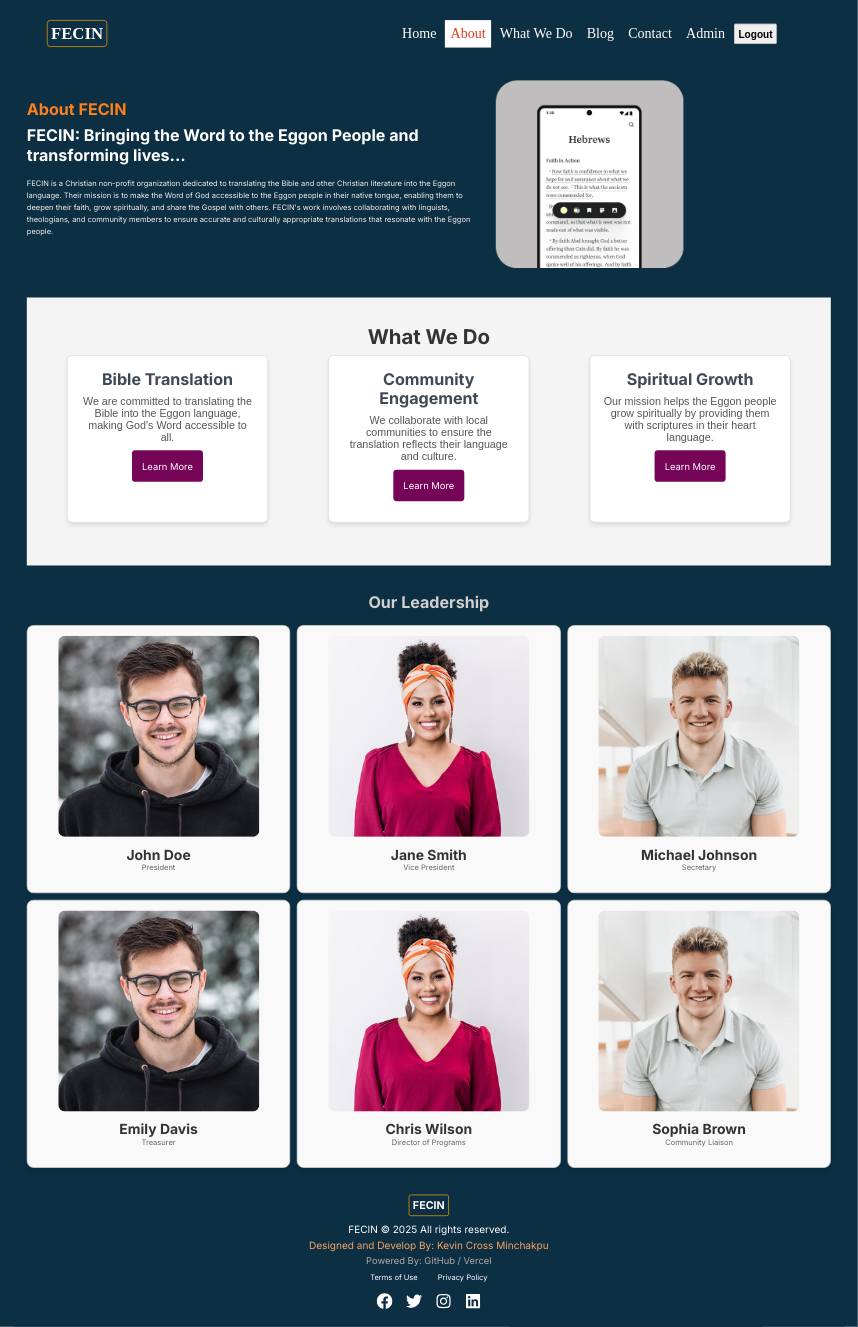
Repository: KCMinchakpu/fecin-projectgs497
Page: /about
An editor plug-in stored every save of this project. The page is shown before and after the next save, followed by the edit.
The browser window is 1280 px wide. The pictures show the whole page, at 67% of full size.
The project was rebuilt for these pictures with package versions that can differ from the ones it lists, and the page was loaded fresh each time. The framework's server and built-in components were replaced by stand-ins that run in the browser. Also part of the build but not shown: next.config.mjs.

Above is the page before, as saved 2025-04-02 18:53:20.

### src/app/layout.js
import {Inter} from "next/font/google";
import "./globals.css";
import Navbar from "@/components/navbar/Navbar";
import Footer from "@/components/footer/Footer";

const inter = Inter({ subsets: ["latin"]});

export const metadata = {
  title: "FECIN Bible Translation Project",
  description: "This is the official FECIN Bible Translation Project",
};

export default function RootLayout({ children }) {
  return (
    <html lang="en">
      <body className={inter.className}>
        <div className="container">
        <Navbar />
        {children}
        <Footer />
        </div>
      </body>
    </html>
  );
}

### src/app/about/page.jsx
import React from 'react';
import Image from 'next/image';
import Link from 'next/link';
import styles from './about.module.css';

const AboutPage = () => {
  return (
    <div className={styles.container}>
      {/* About Section */}
      <div className={styles.aboutSection}>
        <div className={styles.textContainer}>
          <h2 className={styles.subtitle}>About FECIN</h2>
          <h1 className={styles.title}>
            FECIN: Bringing the Word to the Eggon People and transforming lives...
          </h1>
          <p className={styles.desc}>
            FECIN is a Christian non-profit organization dedicated to translating the Bible
            and other Christian literature into the Eggon language. Their mission is to make the
            Word of God accessible to the Eggon people in their native tongue, enabling them to
            deepen their faith, grow spiritually, and share the Gospel with others. FECIN's work
            involves collaborating with linguists, theologians, and community members to ensure
            accurate and culturally appropriate translations that resonate with the Eggon people.
          </p>
        </div>
        <div className={styles.imgContainer}>
          <Image
            src="/bible-app-2.png"
            alt="About Image"
            width={480}
            height={480}
            className={styles.img}
          />
        </div>
      </div>

      {/* Features Section */}
      <div className={styles.featuresContainer}>
        <h2 className={styles.featuresTitle}>What We Do</h2>
        <div className={styles.featuresList}>
          <div className={styles.featureCard}>
            <h3 className={styles.featureTitle}>Bible Translation</h3>
            <p className={styles.featureDesc}>
              We are committed to translating the Bible into the Eggon language, making God's Word accessible to all.
            </p>
            <Link href="/bible-translation" className={styles.learnMoreButton}>Learn More</Link>
          </div>
          <div className={styles.featureCard}>
            <h3 className={styles.featureTitle}>Community Engagement</h3>
            <p className={styles.featureDesc}>
              We collaborate with local communities to ensure the translation reflects their language and culture.
            </p>
            <Link href="/community-engagement" className={styles.learnMoreButton}>Learn More</Link>
          </div>
          <div className={styles.featureCard}>
            <h3 className={styles.featureTitle}>Spiritual Growth</h3>
            <p className={styles.featureDesc}>
              Our mission helps the Eggon people grow spiritually by providing them with scriptures in their heart language.
            </p>
            <Link href="/spiritual-growth" className={styles.learnMoreButton}>Learn More</Link>

          </div>
        </div>
      </div>

      {/* Leadership Section */}
      <div className={styles.leadershipSection}>
        <h2 className={styles.leadershipTitle}>Our Leadership</h2>
        <div className={styles.leadershipGrid}>
          {/* Leader Cards */}
          {[
            { name: 'John Doe', position: 'President', image: '/team-1.jpg' },
            { name: 'Jane Smith', position: 'Vice President', image: '/team-2.jpg' },
            { name: 'Michael Johnson', position: 'Secretary', image: '/team-3.jpg' },
            { name: 'Emily Davis', position: 'Treasurer', image: '/team-1.jpg' },
            { name: 'Chris Wilson', position: 'Director of Programs', image: '/team-2.jpg' },
            { name: 'Sophia Brown', position: 'Community Liaison', image: '/team-3.jpg' },
          ].map((leader, index) => (
            <div key={index} className={styles.leaderCard}>
              <Image src={leader.image} alt={leader.name} width={150} height={150} className={styles.leaderImage} />
              <h3 className={styles.leaderName}>{leader.name}</h3>
              <p className={styles.leaderPosition}>{leader.position}</p>
            </div>
          ))}
        </div>
      </div>
    </div>
  );
};

export default AboutPage;

### src/app/globals.css
:root {
    --bg: #0c2f43;
    --text: white;
    --bgSoft: #091f2c;
    --textSoft: rgb(237, 232, 232);
    --btn: #de3c21;
    --bgWhite: white;
    --textGray: #444444;
}

/* Box sizing rules */
* {
    box-sizing: border-box;
    margin:0;
    padding: 0;
  }

/* Set core body defaults */
body {
    background-color: var(--bgWhite);
    color: var(--text);
  }

a {
    color: inherit;
    text-decoration: none;
}

.container {
  background-color: var(--bg);
  width: 100%; /* Default for small screens */
  margin: auto;
  padding-left: 20px;
  padding-right: 20px;
  min-height: 120vh;
  display: flex;
  flex-direction: column;
  justify-content: space-between;
}

### src/components/navbar/Navbar.jsx
import React from 'react';
import Link from 'next/link';
import Links from "./links/Links";
import styles from "./navbar.module.css";

const Navbar = () => {
  return (
    <div className={styles.container}>
      <Link href="/" className={styles.logo}>FECIN</Link>
      <div>
        <Links />
      </div>
    </div>
  );
};

export default Navbar;

### src/components/footer/Footer.jsx
import React from 'react';
import styles from './footer.module.css';
import { FaFacebook, FaTwitter, FaInstagram, FaLinkedin } from 'react-icons/fa';

const Footer = () => {
  return (
    <div className={styles.container}>
      <div className={styles.logo}>
        {/* You can add a logo image here if needed */}
        <h2>FECIN</h2>
      </div>
      <div>
        <p className={styles.text}>FECIN © 2025 All rights reserved.</p>
        <p className={styles.author}>
          <a href="https://www.linkedin.com/in/kevin-cross-minchakpu-7897379a" target="_blank">Designed and Develop By: Kevin Cross Minchakpu</a>
          </p>
        <p className={styles.company}>
          <a href="https://octatesystems.github.io/OSNigeria/">Powered By: GitHub / Vercel</a>
          </p>
      </div>
      <div className={styles.links}>
        <a href="/terms" className={styles.link}>Terms of Use</a>
        <a href="/privacy" className={styles.link}>Privacy Policy</a>
      </div>
      <div className={styles.socialIcons}>
        <a href="https://facebook.com" target="_blank" rel="noopener noreferrer" className={styles.icon}>
          <FaFacebook />
        </a>
        <a href="https://twitter.com" target="_blank" rel="noopener noreferrer" className={styles.icon}>
          <FaTwitter />
        </a>
        <a href="https://instagram.com" target="_blank" rel="noopener noreferrer" className={styles.icon}>
          <FaInstagram />
        </a>
        <a href="https://linkedin.com" target="_blank" rel="noopener noreferrer" className={styles.icon}>
          <FaLinkedin />
        </a>
      </div>
    </div>
  );
};

export default Footer;

### src/app/about/about.module.css
/* Main Container */
.container {
    display: flex;
    flex-direction: column;
    align-items: center;
    gap: 20px;
    padding: 20px;
  }

  /* About Section */
  .aboutSection {
    display: flex;
    flex-direction: row;
    justify-content: space-between;
    align-items: center;
    gap: 20px;
    width: 100%;
    margin-bottom: 20px;
  }

  /* Text Section */
  .textContainer {
    flex: 1;
    text-align: left;
  }

  /* Text Styles */
  .subtitle {
    font-size: 1.5rem;
    color: #fc801b;
    margin-bottom: 10px;
  }

  .title {
    font-size: 1.5rem;
    font-weight: bold;
    margin-bottom: 20px;
  }

  .desc {
    font-size: .7rem;
    color: #f4f2f2;
    line-height: 1.6;
    margin-bottom: 20px;
  }

  /* Image Section */
  .imgContainer {
    flex: 1;
    position: relative;
    max-width: 500px;
    height: auto;
  }

  .img {
    object-fit: contain;
    width: 280px;
    height: 280px;
    color: #555;
  }

  /* Features Section */
.featuresContainer {
    width: 100%;
    height: 400px; /* Adjust height as needed */
    padding: 40px 20px;
    background-color: #f4f4f4;
    text-align: center;
  }

  .featuresTitle {
    font-size: 1.9rem;
    font-weight: bold;
    color: #333;
    margin-bottom: 10px;
  }

  .featuresList {
    display: grid;
    grid-template-columns: repeat(3, 1fr);
    gap: 10px;
    justify-items: center;
  }

  .featureCard {
    background-color: white;
    border: 1px solid #ddd;
    border-radius: 8px;
    padding: 20px;
    width: 100%;
    height: 250px; /* Adjust height as needed */
    max-width: 300px;
    text-align: center;
    box-shadow: 0 4px 6px rgba(0, 0, 0, 0.1);
  }

  .featureTitle {
    font-size: 1.5rem;
    font-weight: bold;
    color: #3f4955;
    margin-bottom: 10px;
  }

  .featureDesc {
    font-size: 1rem;
    color: #555;
    font-family: Arial, Helvetica, sans-serif;
  }

  .learnMoreButton {
    display: inline-block;
    margin-top: 10px;
    padding: 15px;
    background-color: #760558;
    color: #fff;
    border: none;
    border-radius: 5px;
    text-align: center;
    text-decoration: none;
    font-size: 14px;
    cursor: pointer;
    transition: background-color 0.3s ease;
  }

  .learnMoreButton:hover {
    background-color: #53769b;
  }

  /* Leadership Section */
.leadershipSection {
  width: 100%;
  margin-top: 20px;
  text-align: center;
}

.leadershipTitle {
  font-size: 1.5rem;
  margin-bottom: 20px;
  color: #d3cfcf;
}

.leadershipGrid {
  display: grid;
  grid-template-columns: repeat(3, 1fr);
  gap: 10px;
  justify-items: center;
  align-items: center;
}

.leaderCard {
  width: 100%;
  height: 400px; /* Adjust height as needed */
  background-color: #f9f9f9;
  border: 1px solid #ddd;
  border-radius: 10px;
  padding: 15px;
  text-align: center;
  box-shadow: 0 4px 6px rgba(0, 0, 0, 0.1);
  transition: transform 0.3s, box-shadow 0.3s;
}

.leaderCard:hover {
  transform: translateY(-5px);
  box-shadow: 0 8px 12px rgba(0, 0, 0, 0.15);
}

.leaderImage {
  border-radius: 10px;
  margin-bottom: 10px;
  width: 300px; /* Adjust size as needed */
  height: 300px; /* Adjust size as needed */
}

.leaderName {
  font-size: 1.3rem;
  font-weight: bold;
  color: #333;
}

.leaderPosition {
  font-size: .7rem;
  color: #666;
}

@media (min-width: 480px) {
  .Container {
    flex-direction: column;
  }
}

### src/components/navbar/links/Links.jsx
"use client"

import React from "react";
import {useState} from  "react";
import Image from 'next/image';
import NavLink from "../navLink/NavLink";
import styles from "./links.module.css";


const links = [
  { title: "Home", path: "/" },
  { title: "About", path: "/about" },
  { title: "What We Do", path: "/whatwedo" },
  { title: "Blog", path: "/blog" },
  { title: "Contact", path: "/contact" },
];

const Links = () => {
  const [open,setOpen] = useState(false)

  //Temporary
  const session = true
  const isAdmin = true

  return (
    <div className={styles.container}>
    <div className={styles.links}>
      {links.map((link) => (
        <NavLink item={link} key={link.title} />
      ))}
      {session ? (
          <>
          {isAdmin && <NavLink item={{title: "Admin", path: "/admin"}} />}
         <button className={styles.logout}>Logout</button>
         </>
        ) : (
          <NavLink item={{title: "Login", path: "/login"}} />
        )
      }
      </div>
      <Image
      className={styles.menuButton}
      src="/menu.png"
      alt="Hamburger menu"
      width={30}
      height={30} onClick={() => setOpen((prev) => !prev)}
      />

      {open && ( <div className={styles.mobileLinks}>
          {links.map((link) => (
        <NavLink item={link} key={link.title} />
      ))}
    </div>
)}
</div>
  );
};

export default Links;

### src/components/navbar/navbar.module.css
.container {
    height: 100px;
    display: flex;
    align-items: center;
    justify-content: space-between;
}

.logo {
    font-size: 25px;
    font-weight: bold;
    font-family: "Play", serif;
    font-weight: 700;
    font-style: normal;
    border: 1.5px solid orange;
    padding: 5px;
    border-radius: 5px;
    margin-left: 50px;
}

### src/components/footer/footer.module.css
/* Footer Container */
.container {
    background-color: var(--bg);
    color: white;
    display: flex;
    flex-direction: column;
    align-items: center;
    justify-content: space-between;
    padding: 20px;
    text-align: center;
  }

  .logo h2 {
    font-size: 1rem;
    margin-bottom: 10px;
    border: 1px solid orange;
    padding: 5px;
    border-radius: 3px;
  }

  .text {
    margin-bottom: 5px;
    font-size: 15px;

  }
  .author {
    margin-bottom: 5px;
    font-size: 15px;
    color: rgb(250, 162, 99);
  }

  .company {
    margin-bottom: 5px;
    font-size: 14px;
    color: rgb(174, 172, 170);
  }

  .author:hover {
    text-decoration: underline;
  }

  .company:hover {
    text-decoration: underline;
  }

  .links {
    margin-bottom: 15px;
  }

  .link {
    color: white;
    margin: 0 15px;
    text-decoration: none;
    font-size: 0.7rem;
  }

  .link:hover {
    text-decoration: underline;
  }

  .socialIcons {
    display: flex;
    justify-content: center;
    gap: 20px;
  }

  .icon {
    font-size: 1.5rem;
    color: white;
    transition: color 0.3s ease;
  }

  .icon:hover {
    color: #0070f3;
  }


  @media (min-width: 768px) {
    .container {
      flex-direction: column;
      align-items: center;
      justify-content: space-around;
    }
  }

### src/components/navbar/navLink/navLink.jsx
"use client";

import React from "react";
import Link from "next/link";
import { usePathname } from "next/navigation";
import styles from "./navLink.module.css";

const NavLink = ({ item }) => {
  const pathName = usePathname();
  return (
    <Link
      href={item.path}
      className={`${styles.container} ${
        pathName === item.path ? styles.active : ""
      }`}
    >
      {item.title}
    </Link>
  );
};

export default NavLink;

### src/components/navbar/links/links.module.css
.links {
    display: flex;
    align-items: center;
    gap: 5px;
    font-family: "Play", serif;
    font-style: normal;
    margin-right: 100px;
    font-size: 21px;
}

.logout {
    padding: 5px;
    cursor: pointer;
    font-weight: bold;
    font-size: 15px;
}

.menuButton,
.mobileLinks {
   display: none;
  }

  @media (max-width: 480px){
    .links {
        display: none;
    }

    .menuButton {
        display: block;
        cursor: pointer;
      }

    .mobileLinks {
        position: absolute;
        top: 100px;
        right: 0;
        width: 50%;
        height: calc(100vh-100px);
        /*background-color: var(--bg);*/
       background-color: brown;
        display: flex;
        flex-direction: column;
        align-items: center;
        justify-content: center;
        gap: 10px;
      }
  }

### src/components/navbar/navLink/navLink.module.css
.container {
    padding: 8px;
    text-align: center;


}

.active {
    background-color: var(--text);
    color: var(--btn);
}

After the next save:
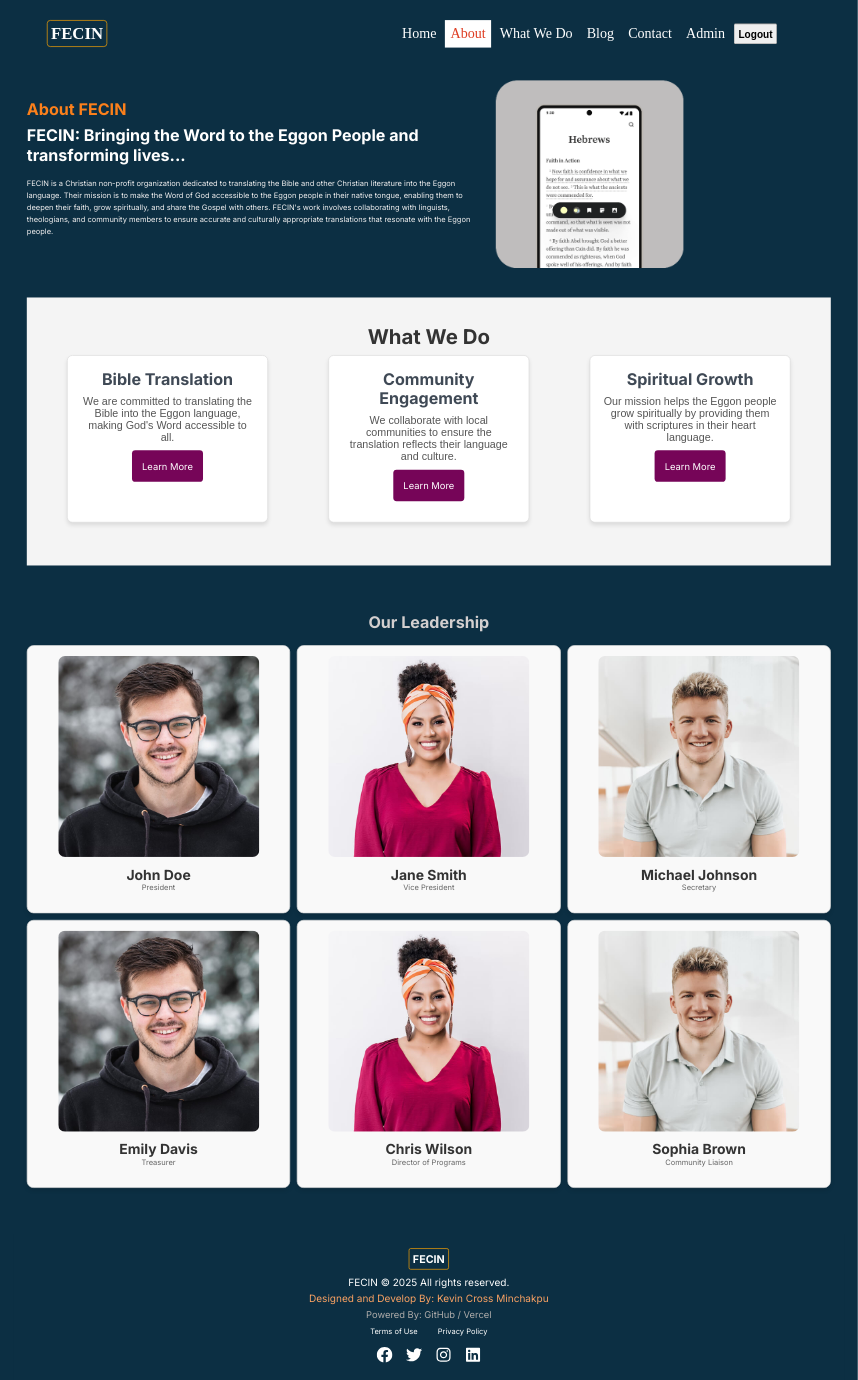
Saved 57 s later.
--- a/src/app/about/about.module.css
+++ b/src/app/about/about.module.css
@@ -131,6 +131,8 @@
   width: 100%;
   margin-top: 20px;
   text-align: center;
+  margin-top: 50px;
+  margin-bottom: 50px;
 }
 
 .leadershipTitle {
